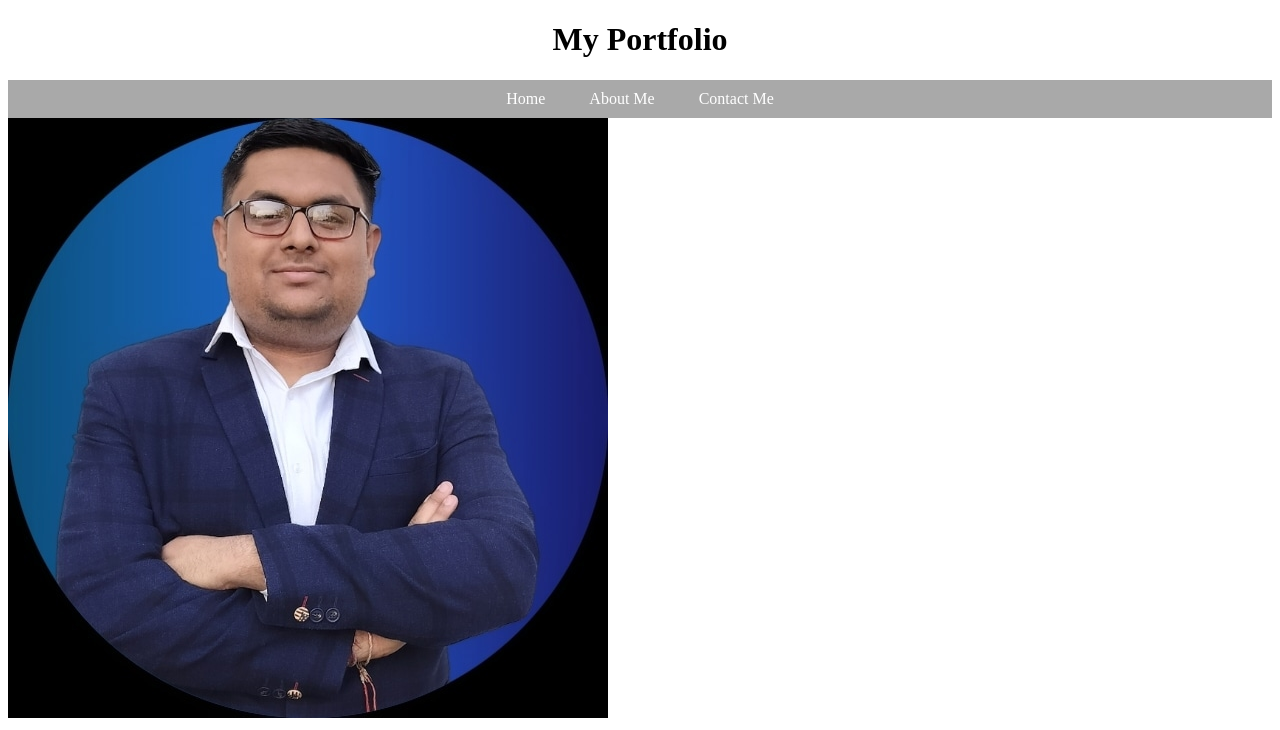
Repository: harshitanthal1/my_portfolio
Page: index.html
The author's editor kept a copy of each file at every save. The page is drawn from the files as they stood at one save, then again after the next save.
The browser window is 1280 px wide. The pictures show the whole page.

Above is the page before, as saved 2024-02-02 13:05:00.

### index.html
<!DOCTYPE html>
<html lang="en">
<head>
    <meta charset="UTF-8">
    <meta name="viewport" content="width=device-width, initial-scale=1.0">
    <title>My Portfolio</title>
    <link rel="stylesheet" href="styles/styles.css" />
</head>
<body>
    <header><h1>My Portfolio</h1></header>
    <nav>
        <li><a href="index.html" target="_blank">Home</a></li>
        <li><a href="aboutme.html" target="_blank" >About Me</a></li>
        <li><a href="contactme.html" target="_blank" >Contact Me</a></li>
    </nav>
    <div>
        <img src="images/my_pic.jpg" />
    </div>
</body>
</html>

### styles/styles.css
header {
    text-align: center;
}

nav {
    background-color: darkgrey;
    color: white;
    padding: 10px;
    text-align: center;
}

li {
    display: inline;
    margin-right: 20px;
    margin-left: 20px;
}

a {
    text-decoration: none;
    color: white;
}

After the next save:
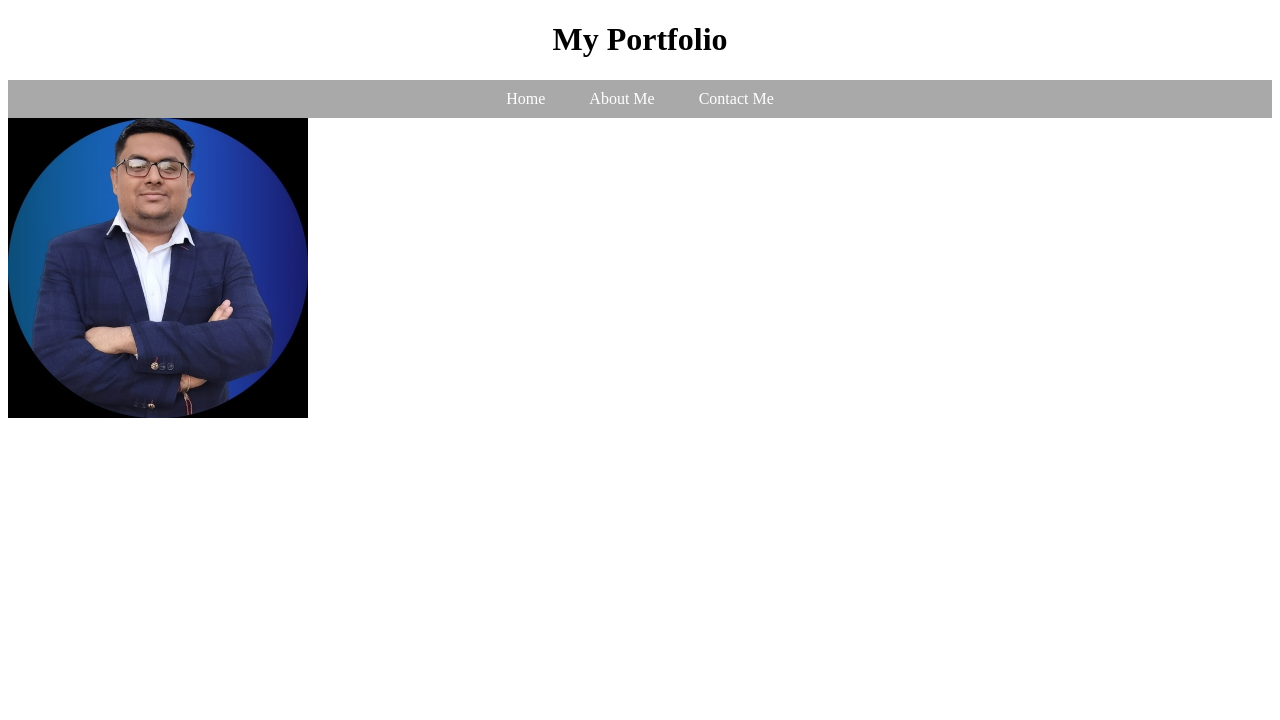
Saved 43 s later.
--- a/index.html
+++ b/index.html
@@ -14,7 +14,7 @@
         <li><a href="contactme.html" target="_blank" >Contact Me</a></li>
     </nav>
     <div>
-        <img src="images/my_pic.jpg" />
+        <img src="images/my_pic.jpg" width="300px" />
     </div>
 </body>
 </html>
